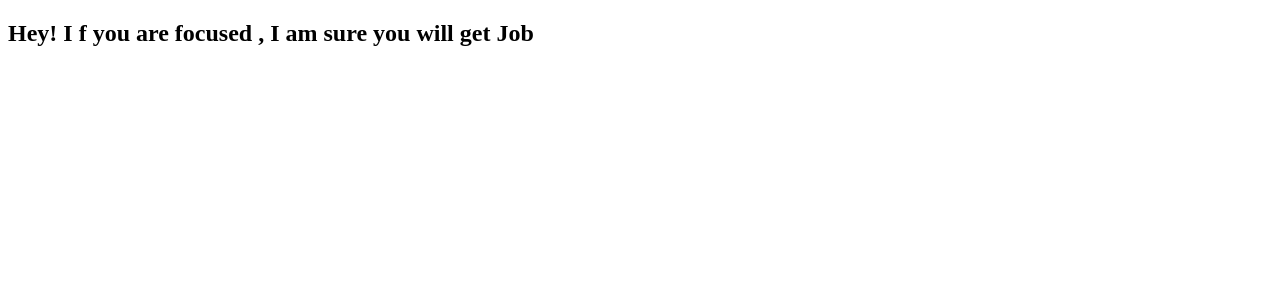
Repository: naveenudutha/Spring-MVC
Page: http://localhost/ContextPathSpringMVC2/views/telusko.jsp
An editor plug-in stored every save of this project. The page is shown before and after the next save, followed by the edit.
The browser window is 1280 px wide. The pictures show the whole page.
The page is served by Tomcat 9. Other server files are loaded and not shown.

Above is the page before, as saved 2024-01-29 12:56:41.

### ContextPathSpringMVC2/src/main/webapp/views/telusko.jsp
<%@ page language="java" contentType="text/html; charset=ISO-8859-1"
    pageEncoding="ISO-8859-1"%>
<!DOCTYPE html>
<html>
<head>
<meta charset="ISO-8859-1">
<title>Insert title here</title>
</head>
<body>
<h2>Hey!${message} I f you are focused , I am sure you will get Job</h2>
</body>
</html>

After the next save:
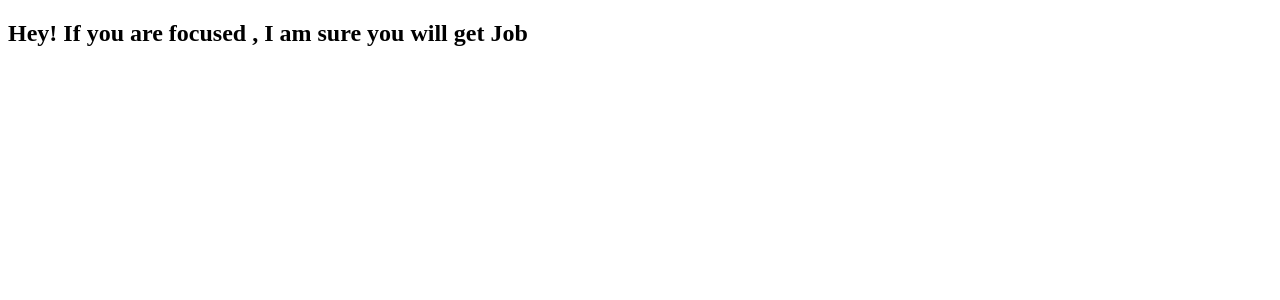
Saved 8 s later.
--- a/ContextPathSpringMVC2/src/main/webapp/views/telusko.jsp
+++ b/ContextPathSpringMVC2/src/main/webapp/views/telusko.jsp
@@ -7,6 +7,6 @@
 <title>Insert title here</title>
 </head>
 <body>
-<h2>Hey!${message} I f you are focused , I am sure you will get Job</h2>
+<h2>Hey!${message} If you are focused , I am sure you will get Job</h2>
 </body>
 </html>
